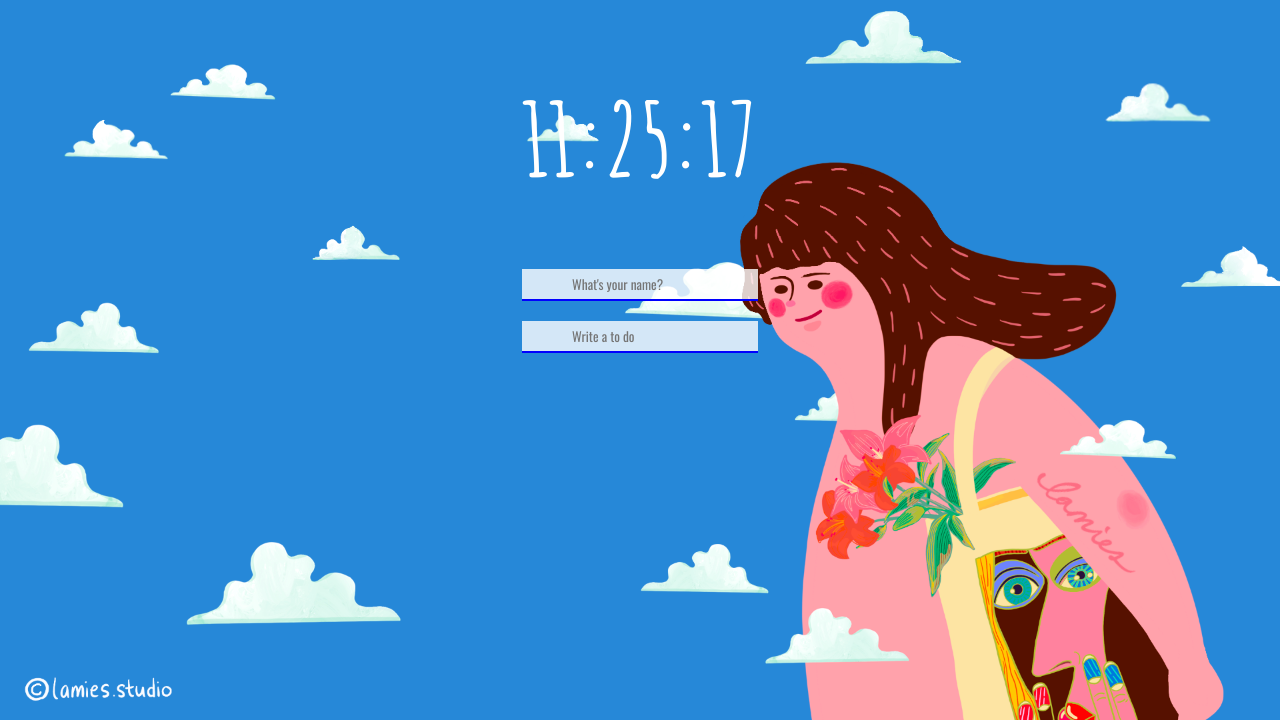
Repository: haleyjung/chrome_app
Page: index.html
An editor plug-in stored every save of this project. The page is shown before and after the next save, followed by the edit.
The browser window is 1280 px wide. The pictures show the whole page.

Above is the page before, as saved 2020-11-23 15:30:30.

### index.html
<!DOCTYPE html>
<html lang="en">
<head>
    <meta charset="UTF-8" />
    <meta name="viewport" content="width=device-width, initial-scale=1.0">
    <title>Chrome App</title>
    <link rel="stylesheet" href="index.css">
</head>
<body>

    <div class="js-clock">
        <h1>00:00</h1>
    </div>

    <div class="js-name name"></div>

    <div>
        <form class="js-form form">
            <input type="text" placeholder="What's your name?" />
        </form>
    </div>

    <h4 class="js-greetings greetings"></h4>

    <form class="js-toDoForm">
        <input type="text" placeholder="Write a to do" />
    </form>
    <ul class="js-toDoList">
    </ul>
    <span class="js-weather"></span>

    <script src="js/clock.js"></script>
    <script src="js/greeting.js"></script>
    <script src="js/todo.js"></script>
    <script src="js/bg.js"></script>
    <script src="js/weather.js"></script>
</body>

### index.css
@import url("https://fonts.googleapis.com/css2?family=Amatic+SC:wght@400;700&family=Oswald&display=swap");

body {
  background-color: palevioletred;
  color: white;
  display: flex;
  flex-direction: column;
  justify-content: center;
  align-items: center;
  font-family: "Amatic SC", cursive;
  font-weight: 700;
}

.js-clock {
  display: flex;
  justify-content: center;
  align-items: center;
  font-size: 50px;
}

.js-form,
.js-toDoForm {
  background-color: none;
}

.btn {
  cursor: pointer;
}

input {
  border: none;
  outline: none;
  border-bottom: 2px solid blue;
  margin-bottom: 20px;
  background-color: rgba(255, 255, 255, 0.8);
  padding: 5px 50px;
  font-family: "Oswald", sans-serif;
}

.form,
.greetings {
  display: none;
}

.showing {
  display: block;
}

@keyframes fadeIn {
  from {
    opacity: 0;
  }
  to {
    opacity: 1;
  }
}

.bgImage {
  position: absolute;
  top: 0;
  left: 0;
  width: 100%;
  height: 100%;
  z-index: -1;
  animation: fadeIn 0.5s linear;
}

### js/clock.js
const clockContainer = document.querySelector(".js-clock"),
    clockTitle = clockContainer.querySelector("h1");

function getTime() {
    const date = new Date();
    const minutes = date.getMinutes();
    const hours = date.getHours();
    const seconds = date.getSeconds();
    clockTitle.innerText = `${hours < 10 ? `0${hours}` : hours}:${
        minutes < 10 ? `0${minutes}` : minutes
    }:${seconds < 10 ? `0${seconds}` : seconds}`;
}

function init() {
    getTime();
    setInterval(getTime, 1000);
}

init();

### js/greeting.js
const nameContainer = document.querySelector(".js-name");

function paintName(name) {
    nameContainer.innerHTML = "";
    const title = document.createElement("span");
    title.className = "name__text";
    title.innerHTML = `Hello ${name}`;
    nameContainer.appendChild(title);
}

function handleSubmit(event) {
    event.preventDefault();
    const form = event.target;
    const input = form.querySelector("input");
    const value = input.value;
    localStorage.setItem("username", value);
    paintName(value);
}

function paintInput() {
    const input = document.createElement("input");
  input.placeholder = "What's your name?";
  input.type = "text";
  input.className = "name__input";
  const form = document.createElement("form");
  form.addEventListener("submit", handleSubmit);
  form.appendChild(input);
  nameContainer.appendChild(form);
}

function loadName(){
    const name = localStorage.getItem("username");
  if (name === null) {
    paintInput();
  } else {
    paintName(name);
  }
}

function init() {
    loadName();
}

init();

### js/todo.js
const toDoForm = document.querySelector(".js-toDoForm"),
    toDoInput = toDoForm.querySelector("input"),
    toDoList = document.querySelector(".js-toDoList");

const TODOS_LS = 'toDos';

let toDos = [];

function deleteToDo(event){
    const btn = event.target;
    const li = btn.parentNode;
    toDoList.removeChild(li);
    const cleanToDos = toDos.filter(function(toDo){
        return toDo.id !== parseInt(li.id);
    });
    toDos = cleanToDos
    saveToDos();
}

function saveToDos(){
    localStorage.setItem(TODOS_LS, JSON.stringify(toDos));
}

function paintToDo(text){
    const li = document.createElement("li");
    const delBtn = document.createElement("button");
    const span = document.createElement("span");
    const newId = toDos.length + 1;
    delBtn.innerText = "❌";
    delBtn.addEventListener("click", deleteToDo);
    span.innerText = text;
    li.appendChild(delBtn);
    li.appendChild(span);
    li.id = newId;
    toDoList.appendChild(li);
    const toDoObj = {
        text: text,
        id: newId
    };
    toDos.push(toDoObj);
    saveToDos();
}

function handleSubmit(event){
    event.preventDefault();
    const currentValue = toDoInput.value;
    paintToDo(currentValue);
    toDoInput.value = "";
}

function loadToDos() {
    const loadedToDos = localStorage.getItem(TODOS_LS);
    if(loadedToDos !== null){
        const parsedToDos = JSON.parse(loadedToDos);
        parsedToDos.forEach(function(toDo){
            paintToDo(toDo.text);
        });
    }
}

function init() {
    loadToDos();
    toDoForm.addEventListener("submit", handleSubmit)
}

init();

### js/bg.js
const body = document.querySelector("body");

const IMG_NUMBER = 4;

// If loading images from API, include the functions in these comments:
// function handleImgLoad(){
//     console.log('finished loading');
// }

function paintImage(imgNumber){
    const image = new Image();
    image.src = `/img/lamiesstudio-${imgNumber + 1}.png`;
    image.classList.add('bgImage');
    body.prepend(image);
    // image.addEventListener("loadend", handleImgLoad);
}

function genRandom(){
    const number = Math.floor(Math.random() * IMG_NUMBER);
    return number;
}

function init(){
    const randomNumber = genRandom();
    paintImage(randomNumber)
}

init();

### js/weather.js
const weather = document.querySelector(".js-weather");

const API_KEY = "1706261ffc689a5d0ffe73f0d2f8a925";
const COORDS = "coords";

function getWeather(lat, lng){
    fetch(`https://api.openweathermap.org/data/2.5/weather?lat=${lat}&lon=${lng}&appid=${API_KEY}&units=metric`
    ).then(function(response){
        return response.json();
    })
        .then(function(json){
        const temperature = json.main.temp;
        const place = json.name;
        weather.innerText = `${temperature} @ ${place}`;
    });
}

function saveCoords(coordsObj){
    localStorage.setItem(COORDS, JSON.stringify(coordsObj));
}

function handleGeoSuccess(position){
    const latitude = position.coords.latitude;
    const longitude = position.coords.longitude;
    const coordsObj = {
        latitude,
        longitude
    };
    saveCoords(coordsObj);
    getWeather(latitude, longitude);
}

function handleGeoError(){
    console.log('Cant access geo location');
}

function askForCoords(){
    navigator.geolocation.getCurrentPosition(handleGeoSuccess, handleGeoError);
}

function loadCoords(){
    const loadedCoords = localStorage.getItem(COORDS);
    if(loadedCoords === null){
        askForCoords();
    } else {
        const parsedCoords = JSON.parse(loadedCoords);
        getWeather(parsedCoords.latitude, parsedCoords.longitude);
    }
}

function init(){
    loadCoords();
}

init();

After the next save:
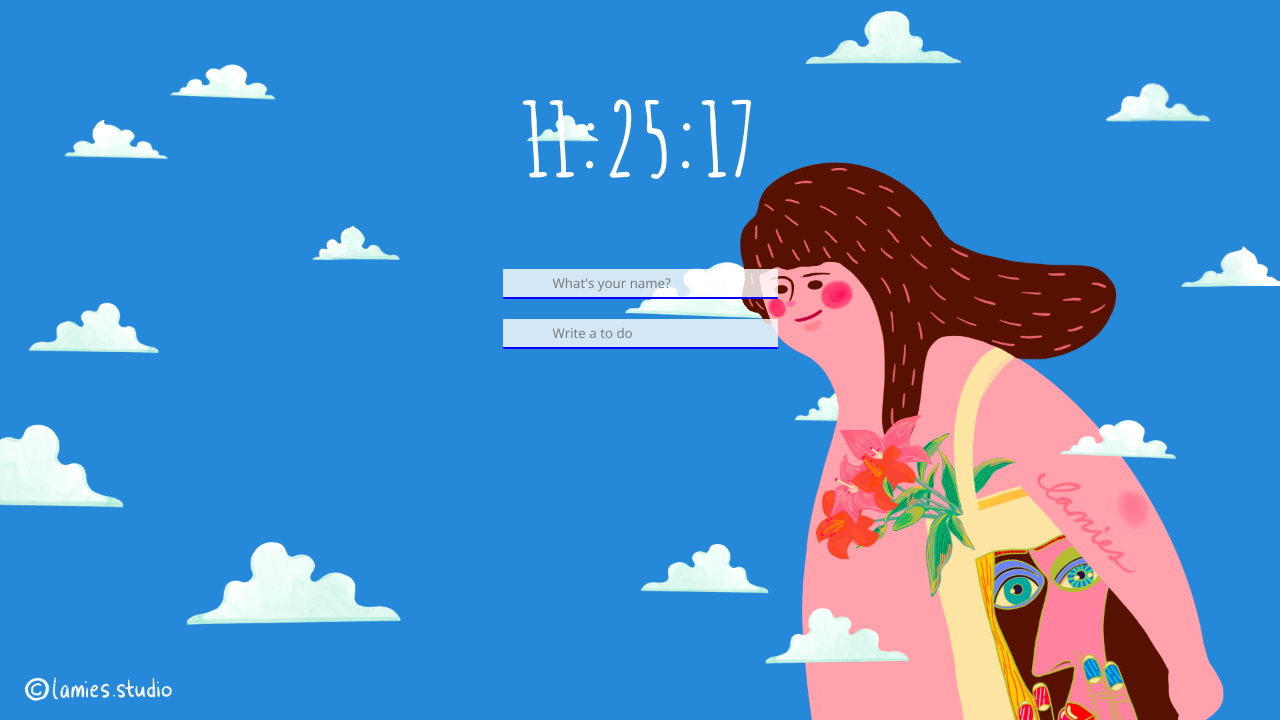
Saved 49 s later.
--- a/index.css
+++ b/index.css
@@ -1,4 +1,4 @@
-@import url("https://fonts.googleapis.com/css2?family=Amatic+SC:wght@400;700&family=Oswald&display=swap");
+@import url("https://fonts.googleapis.com/css2?family=Amatic+SC:wght@400;700&family=Open+Sans&display=swap");
 
 body {
   background-color: palevioletred;
@@ -34,7 +34,7 @@ input {
   margin-bottom: 20px;
   background-color: rgba(255, 255, 255, 0.8);
   padding: 5px 50px;
-  font-family: "Oswald", sans-serif;
+  font-family: "Open Sans", sans-serif;
 }
 
 .form,
